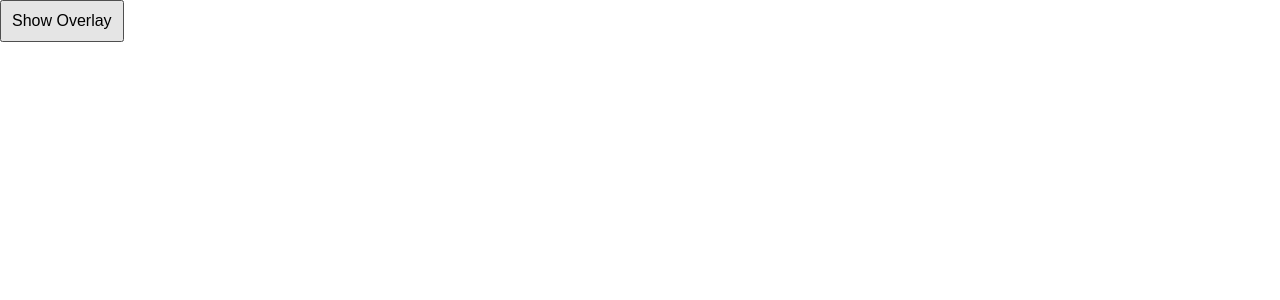
Repository: adrcstro/TrackingManagement
Page: http://localhost/tcpdf/Loginsystem/chart.php
These files come from the project's save history. The page is drawn as it stood at one moment and after the next save; the edit follows.
The browser window is 1280 px wide. The pictures show the whole page.
The page is run by PHP 8.4 with error messages shown; the project is at /var/www/html/.

Above is the page before, as saved 2023-11-25 07:28:36.

After the next save:
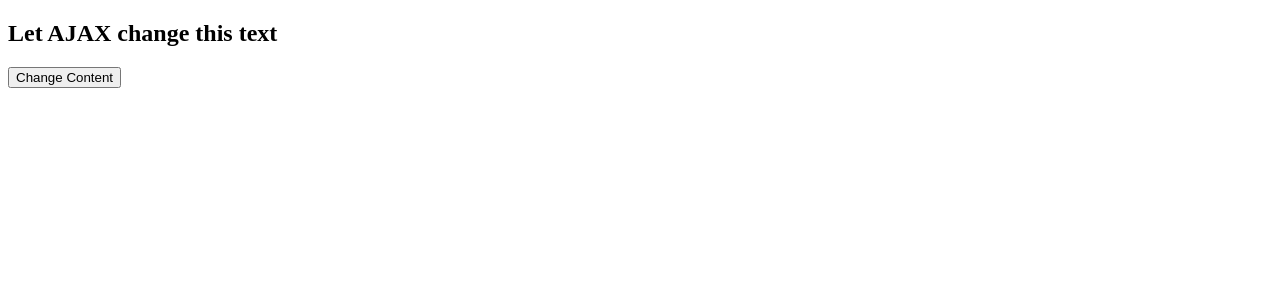
Saved 5 min 29 s later.
--- a/Loginsystem/chart.php
+++ b/Loginsystem/chart.php
@@ -1,59 +1,11 @@
 <!DOCTYPE html>
-<html lang="en">
-<head>
-    <meta charset="UTF-8">
-    <meta name="viewport" content="width=device-width, initial-scale=1.0">
-    <title>Blurred Overlay Example</title>
-    <style>
-        body {
-            margin: 0;
-            font-family: 'Arial', sans-serif;
-        }
+<html>
+<body>
 
-        #overlay {
-            display: none;
-            position: fixed;
-            top: 0;
-            left: 0;
-            width: 100%;
-            height: 100%;
-            background-color: rgba(255, 255, 255, 0.8); /* Adjust the alpha value for the desired level of transparency */
-            backdrop-filter: blur(10px); /* Adjust the blur value as needed */
-        }
+<div id="demo">
+  <h2>Let AJAX change this text</h2>
+  <button type="button" onclick="loadDoc()">Change Content</button>
+</div>
 
-        #overlay-content {
-            position: absolute;
-            top: 50%;
-            left: 50%;
-            transform: translate(-50%, -50%);
-            text-align: center;
-        }
-
-        button {
-            padding: 10px;
-            font-size: 16px;
-            cursor: pointer;
-        }
-    </style>
-</head>
-<body>
-    <button id="showOverlayBtn">Show Overlay</button>
-    <div id="overlay">
-        <!-- Content for the overlay -->
-        <div id="overlay-content">
-            <p>This is the overlay content.</p>
-            <button id="closeOverlayBtn">Close Overlay</button>
-        </div>
-    </div>
-
-    <script>
-        document.getElementById('showOverlayBtn').addEventListener('click', function() {
-            document.getElementById('overlay').style.display = 'block';
-        });
-
-        document.getElementById('closeOverlayBtn').addEventListener('click', function() {
-            document.getElementById('overlay').style.display = 'none';
-        });
-    </script>
 </body>
 </html>
